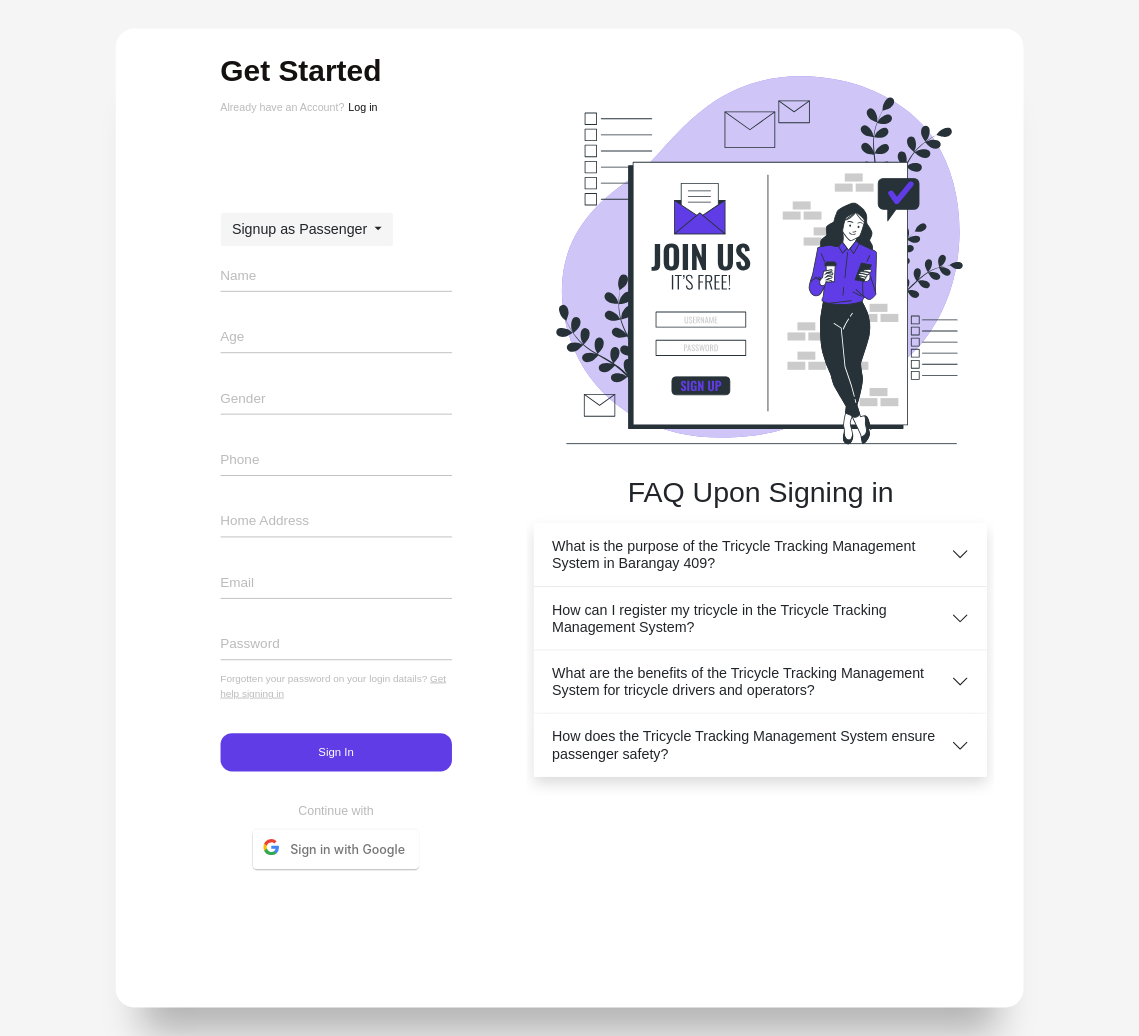
Repository: adrcstro/plate-to-place
Page: http://localhost/Loginsystem/Passenger.php
The author's editor kept a copy of each file at every save. The page is drawn from the files as they stood at one save, then again after the next save.
The browser window is 1280 px wide. The pictures show the whole page, at 89% of full size.
Some web fonts or font styles are not loaded; a fallback is used. Some web libraries are served in a nearby version. The page is run by PHP 8.4 with error messages shown; the project is at /var/www/html/.

Above is the page before, as saved 2023-10-31 15:41:09.

After the next save:
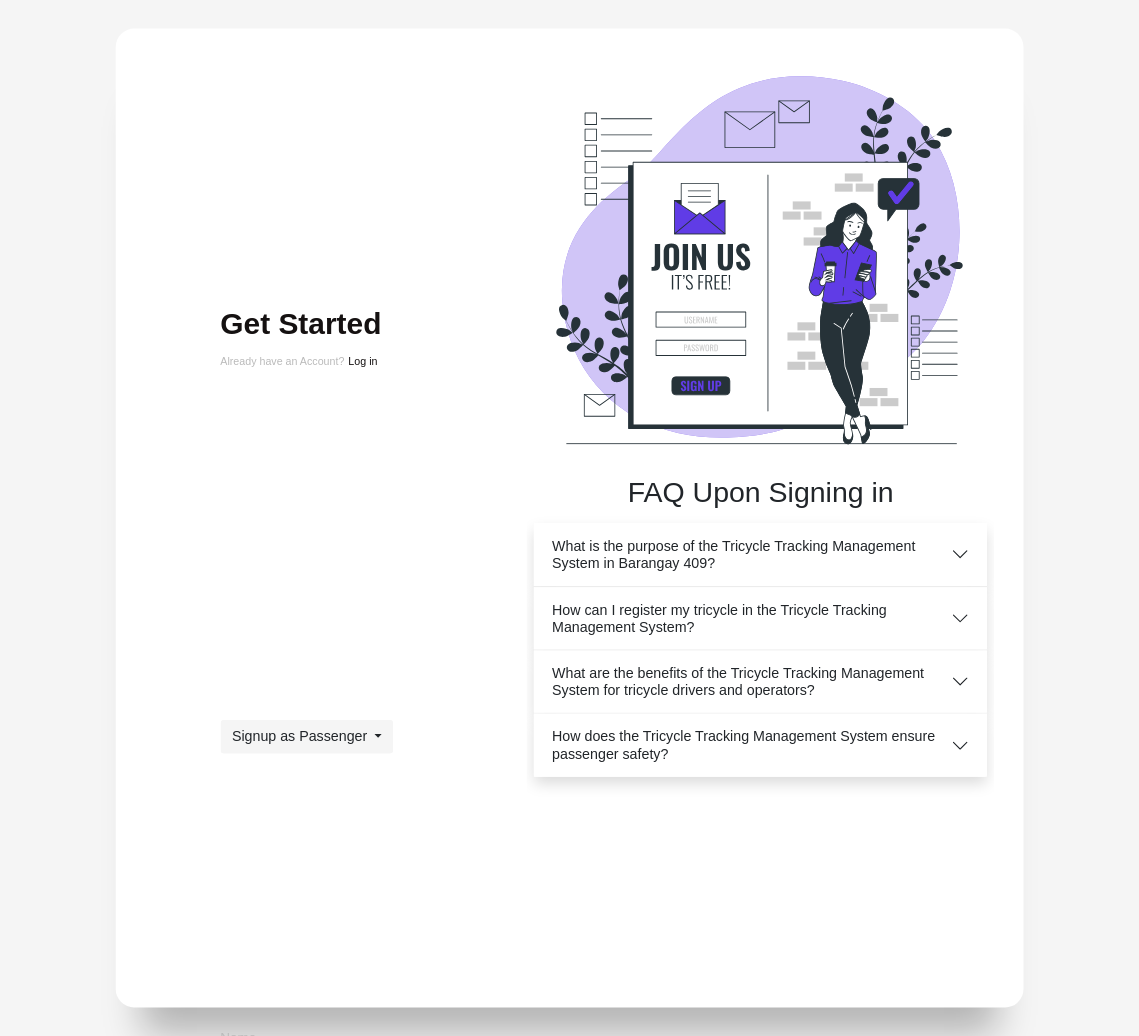
Saved 12 s later.
--- a/Loginsystem/passenger.css
+++ b/Loginsystem/passenger.css
@@ -395,7 +395,7 @@
   margin-top: -1rem;
 }
 .sign-in-form{
-  margin-bottom: 4rem;
+  margin-bottom: 90rem;
 }
 
 .loginaccount{

After the save that followed:
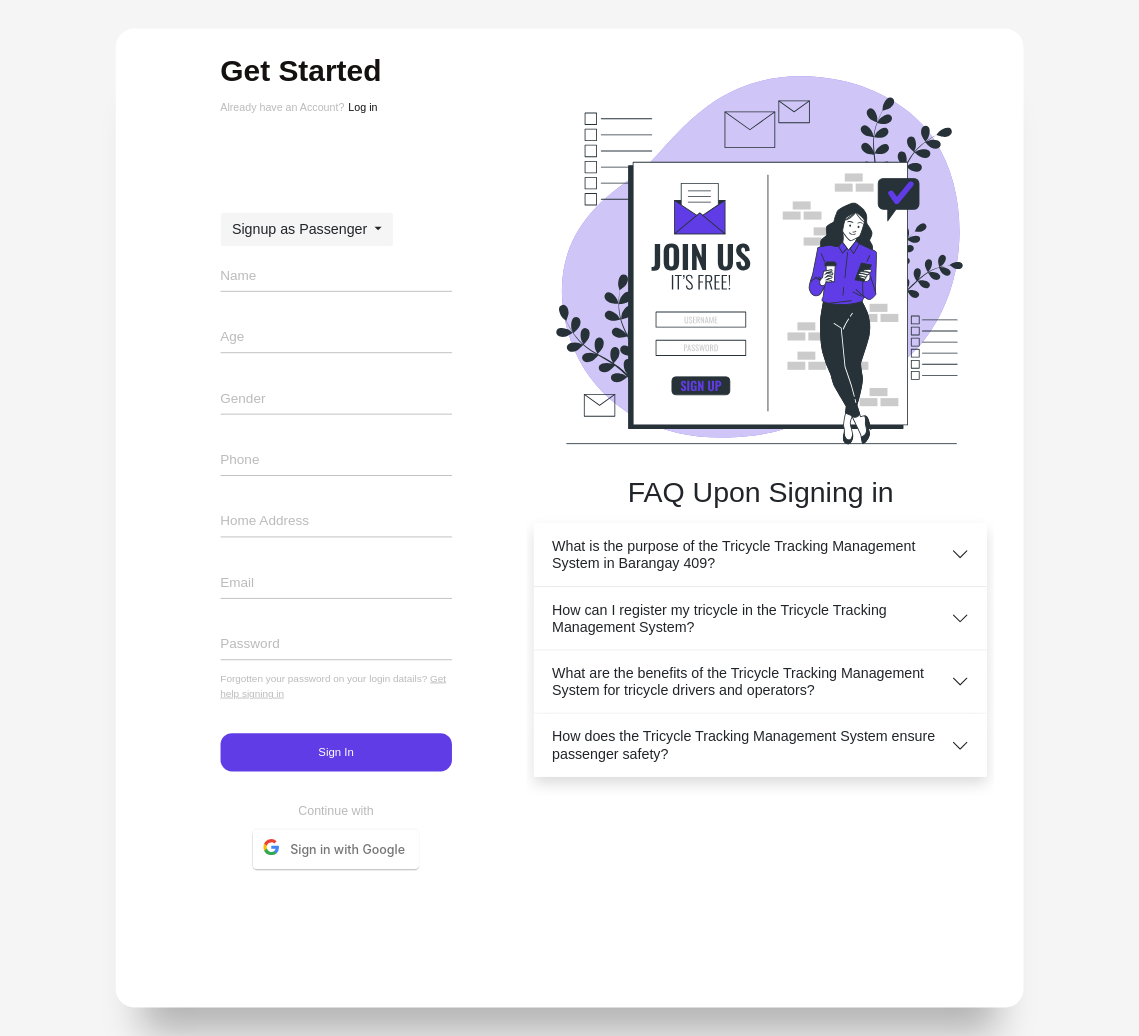
Saved 8 s later.
--- a/Loginsystem/passenger.css
+++ b/Loginsystem/passenger.css
@@ -395,7 +395,7 @@
   margin-top: -1rem;
 }
 .sign-in-form{
-  margin-bottom: 90rem;
+  margin-bottom: 12rem;
 }
 
 .loginaccount{
